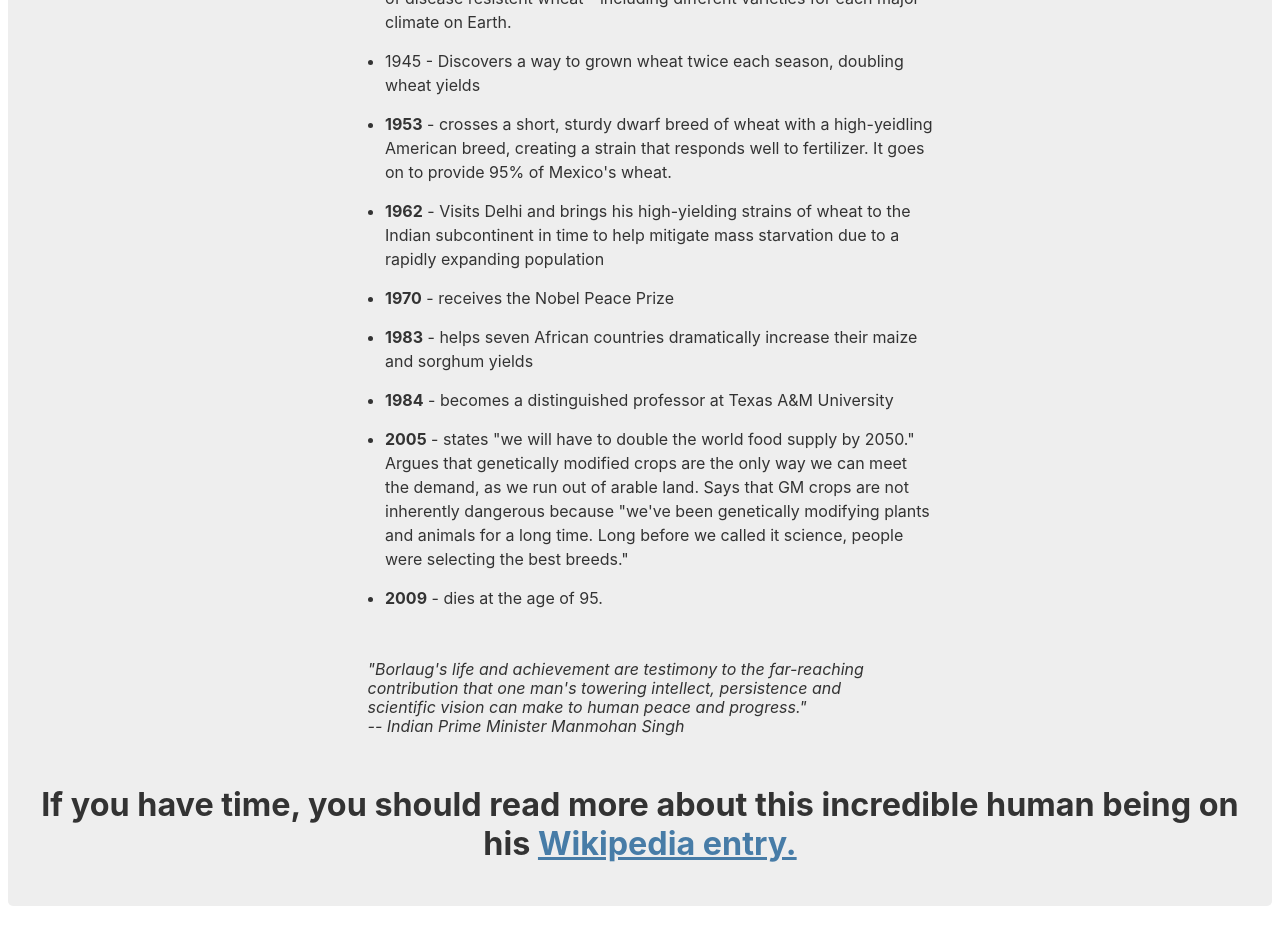
Repository: Lungdjos/tribute-page-certificate
Page: index.html
These files come from the project's save history. The page is drawn as it stood at one moment and after the next save; the edit follows.
The browser window is 1280 px wide. The pictures show the part of the page from y = 1192 to 2144 px (the page is 2128 px tall before and 2144 px after).
A picture or video elsewhere on the page could not be fetched, so the positions and the page height are approximate.

Above is the page before, as saved 2023-10-30 12:53:20.

### index.html
<!DOCTYPE html>
<html lang="en">

<head>
    <meta charset="UTF-8">
    <meta name="viewport" content="width=device-width, initial-scale=1.0">
    <title>Document</title>
    <link rel="stylesheet" href="styles.css">
</head>

<body>
    <main id="main">
        <h1 id="title">Dr. Norman Borlaug</h1>
        <p>The man who saved a billion lives</p>
        <div id="img-div">
            <img id="image" src="https://cdn.freecodecamp.org/testable-projects-fcc/images/tribute-page-main-image.jpg" alt="">
            <figcaption id="img-caption">Dr. Norman Borlaug, third from the left, trains biologists in Mexico on how to increase wheat yields - part of his life-long war on hunger.</figcaption>
        </div>
        <div id="tribute-info">
            <h2>Here's a time line of Dr. Borlaug's life:</h2>
            <ul>
                <li><strong>1914</strong> - Born in Cresco, lowa</li>
                <li><strong>1933</strong> - Leaves his family's farm to attend the University of Minnesota, thanks to a Depression era program known as the "National Youth Administration"</li>
                <li><strong>1935</strong> - Has to stop school and save up more money. Works in the Civilian Conservation Corps, helping starving Americans. "I saw how food changed them", he said. "All of this left scars on me."</li>
                <li><strong>1937</strong> - Finishes university and takes a job in the US Forestry Service</li>
                <li><strong>1938</strong> - Marries wife of 69 years Margret Gibson. Gets laid off due to budget cuts. Inspired by Elvin Charles Stakman, he returns to school study under Stakman, who teaches him about breeding pest-resistent plants.</li>
                <li><strong>1941</strong> - Tries to enroll in the military after the Pearl Harbor attack, but is rejected. Instead, the military asked his lab to work on waterproof glue, DDT to control malaria, disinfectants, and other applied science.</li>
                <li><strong>1942</strong> - Receives a Ph.D. in Genetics and Plant Pathology</li>
                <li><strong>1944</strong> - Rejects a 100% salary increase from Dupont, leaves behind his pregnant wife, and flies to Mexico to head a new plant pathology program. Over the next 16 years, his team breeds 6,000 different strains of disease
                    resistent wheat - including different varieties for each major climate on Earth.</li>
                <li>1945<strong></strong> - Discovers a way to grown wheat twice each season, doubling wheat yields</li>
                <li><strong>1953</strong> - crosses a short, sturdy dwarf breed of wheat with a high-yeidling American breed, creating a strain that responds well to fertilizer. It goes on to provide 95% of Mexico's wheat.</li>
                <li><strong>1962</strong> - Visits Delhi and brings his high-yielding strains of wheat to the Indian subcontinent in time to help mitigate mass starvation due to a rapidly expanding population</li>
                <li><strong>1970</strong> - receives the Nobel Peace Prize</li>
                <li><strong>1983</strong> - helps seven African countries dramatically increase their maize and sorghum yields</li>
                <li><strong>1984</strong> - becomes a distinguished professor at Texas A&M University</li>
                <li><strong>2005</strong> - states "we will have to double the world food supply by 2050." Argues that genetically modified crops are the only way we can meet the demand, as we run out of arable land. Says that GM crops are not inherently
                    dangerous because "we've been genetically modifying plants and animals for a long time. Long before we called it science, people were selecting the best breeds."</li>
                <li><strong>2009</strong> - dies at the age of 95.</li>

            </ul>
            <blockquote>"Borlaug's life and achievement are testimony to the far-reaching contribution that one man's towering intellect, persistence and scientific vision can make to human peace and progress."<br> -- Indian Prime Minister Manmohan Singh</blockquote>
            <h2 class="foot">If you have time, you should read more about this incredible human being on his
                <a href="https://en.wikipedia.org/wiki/Norman_Borlaug" target="_blank" id="tribute-link">Wikipedia entry.</a></h2>
        </div>
    </main>

</body>

</html>

### styles.css
    html {
        font-size: 10px;
    }

    body {
        background: #fff;
        text-align: center;
        color: #333;
        margin: 0;
        line-height: 1.2;
        font-size: 1.6rem;
        font-family: -apple-system, BlinkMacSystemFont, 'Segoe UI', 'Roboto', 'Helvetica Neue', Arial, sans-serif;
    }

    h1 {
        font-size: 4rem;
        margin-top: 0;
    }

    @media (max-width: 40px) {
        h1 {
            font-size: 3.5rem;
            line-height: 1.2;
        }
    }

    h2 {
        font-size: 3.23rem;
    }

    #main {
        background: #eee;
        margin: 30px 8px;
        border-radius: 5px;
        padding: 15px;
    }

    @media (max-width: 460px) {
        #main {
            margin: 0;
        }
    }
    /* image styling */

    #img-div {
        background: #fff;
        padding: 10px;
        margin: 0;
    }

    #img-caption {
        margin: 15px 0;
    }

    img {
        max-width: 100%;
        display: block;
        height: auto;
        margin: 0 auto;
    }
    /* tribute infomation */

    #tribute-info ul {
        line-height: 1.5;
        text-align: left;
        margin: 0 auto 50px auto;
        max-width: 550px;
    }

    ul {}

    li {
        margin: 15px 0;
    }
    /* styling at the bottom */

    blockquote {
        font-style: italic;
        max-width: 545px;
        margin: 0 auto 50px auto;
        text-align: left;
    }

    a {
        color: #477ca7;
    }

    a:visited {
        color: #74638f;
    }

After the next save:
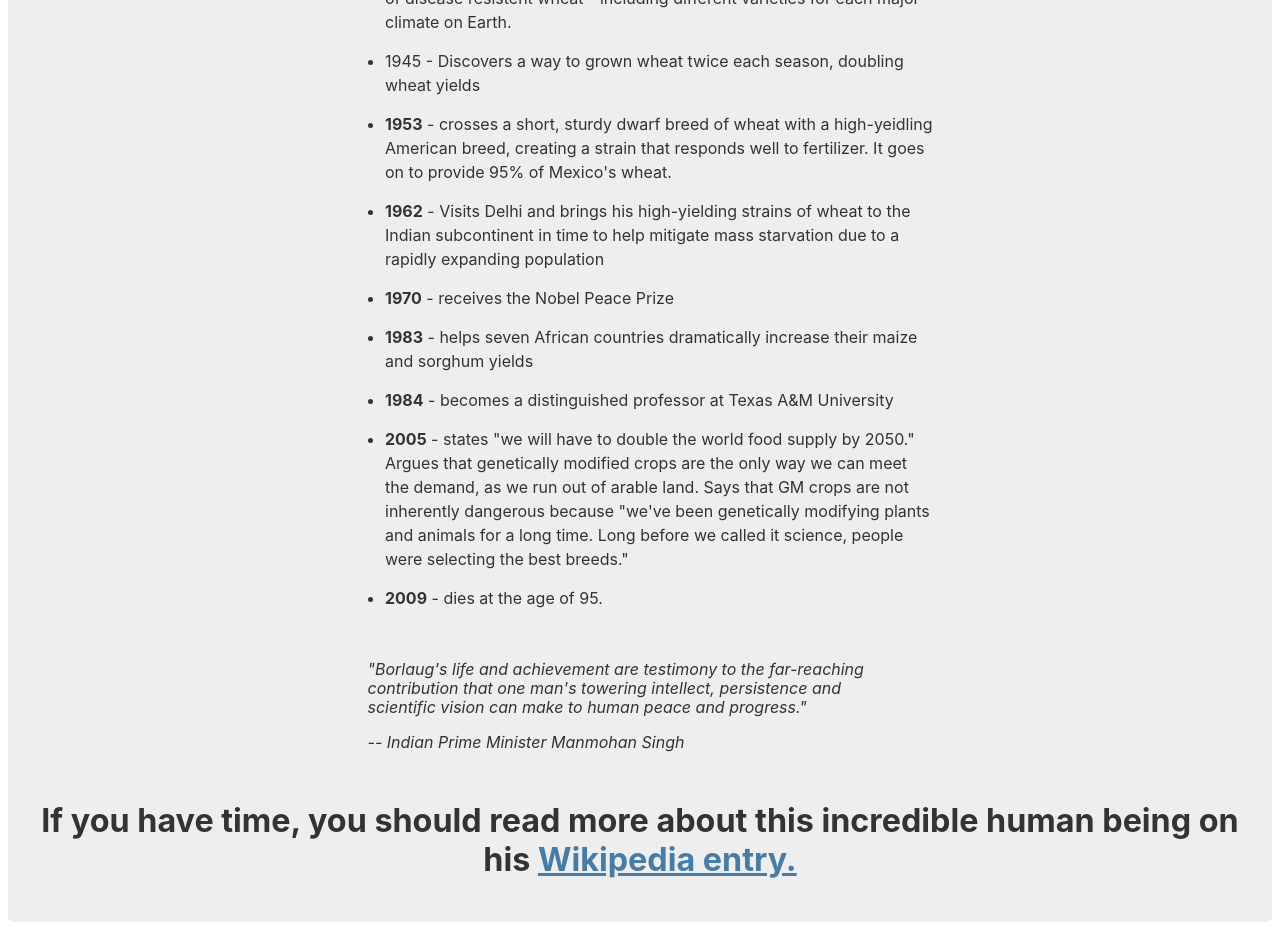
Saved 2 min 22 s later.
--- a/index.html
+++ b/index.html
@@ -39,7 +39,12 @@
                 <li><strong>2009</strong> - dies at the age of 95.</li>
 
             </ul>
-            <blockquote>"Borlaug's life and achievement are testimony to the far-reaching contribution that one man's towering intellect, persistence and scientific vision can make to human peace and progress."<br> -- Indian Prime Minister Manmohan Singh</blockquote>
+            <blockquote cite="http://news.rediff.com/report/2009/sep/14/pm-pays-tribute-to-father-of-green-revolution-borlaug.htm">
+                <p>
+                    "Borlaug's life and achievement are testimony to the far-reaching contribution that one man's towering intellect, persistence and scientific vision can make to human peace and progress."
+                </p>
+                <cite>-- Indian Prime Minister Manmohan Singh</cite>
+            </blockquote>
             <h2 class="foot">If you have time, you should read more about this incredible human being on his
                 <a href="https://en.wikipedia.org/wiki/Norman_Borlaug" target="_blank" id="tribute-link">Wikipedia entry.</a></h2>
         </div>
